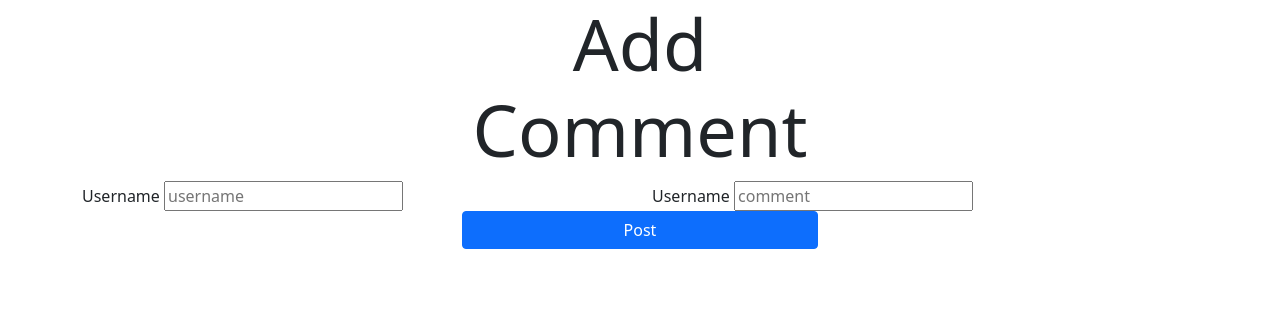
Repository: uditjain100/JavaScript-for-Web
Page: http://localhost/comment/create
An editor plug-in stored every save of this project. The page is shown before and after the next save, followed by the edit.
The browser window is 1280 px wide. The pictures show the whole page.
The page is served by the project's Node server (17.REST/index.js).

Above is the page before, as saved 2021-01-29 17:55:13.

### 17.REST/views/create.ejs
<!DOCTYPE html>
<html lang="en">
  <head>
    <meta charset="UTF-8" />
    <meta name="viewport" content="width=device-width, initial-scale=1.0" />
    <title>Add Comment</title>
    <link
      href="https://cdn.jsdelivr.net/npm/bootstrap@5.0.0-beta1/dist/css/bootstrap.min.css"
      rel="stylesheet"
      integrity="sha384-giJF6kkoqNQ00vy+HMDP7azOuL0xtbfIcaT9wjKHr8RbDVddVHyTfAAsrekwKmP1"
      crossorigin="anonymous"
    />
  </head>
  <body>
    <div class="container">
      <h2 class="display-2 d-grid col-5 mx-auto" style="text-align: center">
        Add Comment
      </h2>
      <form action="/comments" method="POST">
        <div class="row">
          <div class="col-6">
            <label for="username">Username</label>
            <input
              type="text"
              id="username"
              placeholder="username"
              name="username"
            />
          </div>
          <div class="col-6">
            <label for="comment">Username</label>
            <input
              type="text"
              id="comment"
              placeholder="comment"
              name="comment"
            />
          </div>
          <div class="d-grid col-4 mx-auto">
            <button class="btn btn-primary">Post</button>
          </div>
        </div>
      </form>
    </div>
  </body>
</html>

### 17.REST/index.js
const express = require("express");
const app = express();
const path = require("path");

var comments = [
  { id: 1, username: "toddd", comment: "hey there" },
  { id: 2, username: "nime", comment: "Life is Good" },
  { id: 3, username: "bob", comment: "Yummmmmmy" },
  { id: 4, username: "jessi", comment: "Yooo Man" },
];

app.use(express.urlencoded({ extended: true }));
app.use(express.json());
app.set("views", path.join(__dirname, "views"));
app.set("view engine", "ejs");

app.get("/comments", (req, res) => {
  res.render("home.ejs", { comments });
});

app.get("/comment/create", (req, res) => {
  res.render("create.ejs");
});

app.get("/tacos", (req, res) => {
  res.send("GET /tacos response");
});

app.post("/tacos", (req, res) => {
  const { author, post } = req.body;
  console.log(req.body);
  res.send("Post : " + post + "  and   author : " + author);
});

app.listen(3000, () => {
  console.log("Server got Started !!");
});

After the next save:
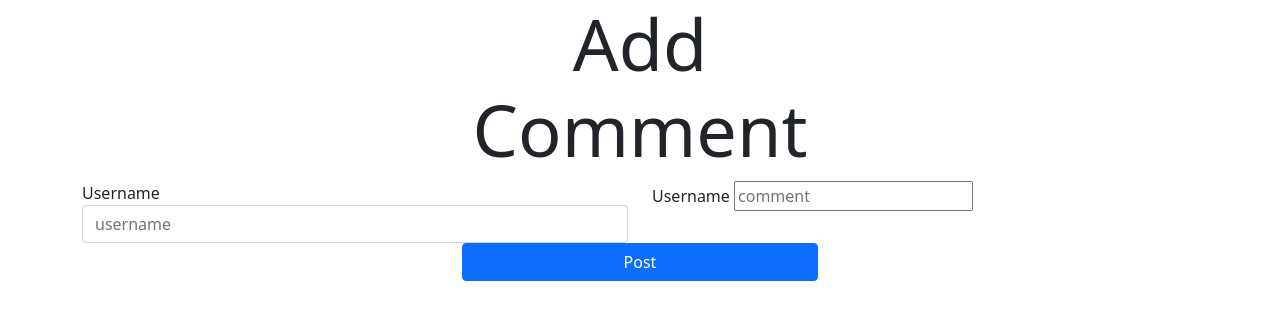
Saved 2 min 21 s later.
--- a/17.REST/views/create.ejs
+++ b/17.REST/views/create.ejs
@@ -18,16 +18,17 @@
       </h2>
       <form action="/comments" method="POST">
         <div class="row">
-          <div class="col-6">
+          <div class="form-group col-6">
             <label for="username">Username</label>
             <input
               type="text"
               id="username"
+              class="form-control"
               placeholder="username"
               name="username"
             />
           </div>
-          <div class="col-6">
+          <div class="form-group col-6">
             <label for="comment">Username</label>
             <input
               type="text"
